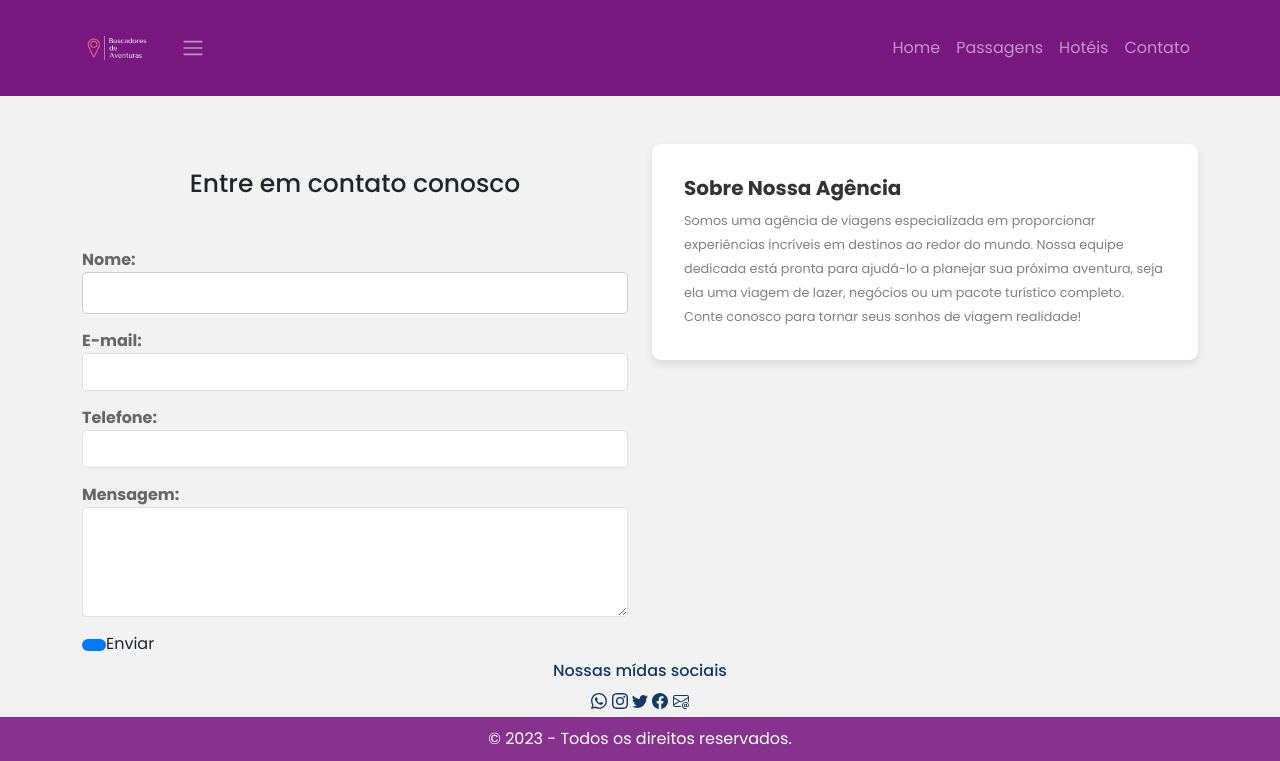
Repository: gabilorpi/AgenciaSpringMVC
Page: http://localhost/views/contato/index
An editor plug-in stored every save of this project. The page is shown before and after the next save, followed by the edit.
The browser window is 1280 px wide. The pictures show the whole page.
The page is this project's Thymeleaf template; nobody is signed in. The template is opened directly, without the code that normally fills it, so the values that code supplies are empty.

Above is the page before, as saved 2023-12-09 15:08:50.

### AgenciaSpringMVC/src/main/resources/templates/views/contato/index.html
<!DOCTYPE html>
<html lang="pt-br">

<head>
  <meta charset="UTF-8">
  <meta name="viewport" content="width=device-width, initial-scale=1.0">
  <link rel="stylesheet" href="https://cdnjs.cloudflare.com/ajax/libs/twitter-bootstrap/5.3.0/css/bootstrap.min.css">
  <link rel="stylesheet" href="https://cdnjs.cloudflare.com/ajax/libs/font-awesome/6.0.0-beta3/css/all.min.css">
  <link rel="stylesheet" href="../../../static/css/style.css">
  <title>Reserva de Passagens Aéreas</title>
</head>

<body>

  <!-- Barra de menu -->
  <nav class="navbar navbar-expand-lg navbar-dark">
    <div class="container">
      <a class="navbar-brand" href="#">
        <img src="../projeto/images/logotipo.jpg" alt="Logotipo da Sua Empresa">
      </a>
      <button class="btn btn" type="button" data-bs-toggle="offcanvas" data-bs-target="#offcanvasRight"
        aria-controls="offcanvasRight">
        <span class="navbar-toggler-icon"></span>
      </button>
      <div class="collapse navbar-collapse" id="navbarNav">
        <ul class="navbar-nav ms-auto">
          <li class="nav-item">
            <a class="nav-link" href="../projeto/index.html">Home</a>
          </li>
          <li class="nav-item">
            <a class="nav-link" href="../projeto/passagens.html">Passagens</a>
          </li>
          <li class="nav-item">
            <a class="nav-link" href="../projeto/hoteis.html">Hotéis</a>
          </li>
          <li class="nav-item">
            <a class="nav-link" href="../projeto/contato.html">Contato</a>
          </li>
        </ul>
      </div>
    </div>
  </nav>
  <!-- Menu Lateral (Offcanvas) -->
  <div class="offcanvas offcanvas-start" tabindex="-1" id="offcanvasRight" aria-labelledby="offcanvasRightLabel">
    <div class="offcanvas-header">
      <h5 class="offcanvas-title" id="offcanvasRightLabel">Menu</h5>
      <button type="button" class="btn-close" data-bs-dismiss="offcanvas" aria-label="Close"></button>
    </div>
    <div class="offcanvas-body">
      <ul class="nav flex-column">
        <li class="nav-item">
          <a class="nav-link" href="../projeto/index.html">Home</a>
        </li>
        <li class="nav-item">
          <a class="nav-link" href="../projeto/passagens.html">Passagens</a>
        </li>
        <li class="nav-item">
          <a class="nav-link" href="../projeto/hoteis.html">Hotéis</a>
        </li>
        <li class="nav-item">
          <a class="nav-link" href="../projeto/contato.html">Contato</a>
        </li>
      </ul>
    </div>
  </div>

  <div class="container mt-5">
    <div class="row">
      <div class="col-md-6">
        <!-- Formulário de Contato -->
        <h2 class="mb-4">Entre em contato conosco</h2>
        <form action="#" method="post">
          <div class="form-group">
            <label for="name">Nome:</label>
            <input type="text" class="form-control" id="name" name="name" required>
          </div>
          <div class="form-group">
            <label for="email">E-mail:</label>
            <input type="email" class="form-control" id="email" name="email" required>
          </div>
          <div class="form-group">
            <label for="phone">Telefone:</label>
            <input type="tel" class="form-control" id="phone" name="phone" required>
          </div>
          <div class="form-group">
            <label for="message">Mensagem:</label>
            <textarea class="form-control" id="message" name="message" rows="4" required></textarea>
          </div>
          <button type="submit" class="btn btn-primary"><a
                  th:href="@{/contato}"></a></button>Enviar</button>
        </form>
      </div>
      <div class="col-md-6">
        <!-- Card de Texto -->
        <div class="card">
          <div class="card-body">
            <h5 class="card-title">Sobre Nossa Agência</h5>
            <p class="card-text">Somos uma agência de viagens especializada em proporcionar experiências incríveis em
              destinos ao redor do mundo. Nossa equipe dedicada está pronta para ajudá-lo a planejar sua próxima
              aventura, seja ela uma viagem de lazer, negócios ou um pacote turístico completo. Conte conosco para
              tornar seus sonhos de viagem realidade!</p>
          </div>
        </div>
      </div>
    </div>
  </div>

  <div class="icons">
    <h6>Nossas mídas sociais</h6>
    <svg xmlns="http://www.w3.org/2000/svg" width="16" height="16" fill="currentColor" class="bi bi-whatsapp"
      viewBox="0 0 16 16">
      <path
        d="M13.601 2.326A7.854 7.854 0 0 0 7.994 0C3.627 0 .068 3.558.064 7.926c0 1.399.366 2.76 1.057 3.965L0 16l4.204-1.102a7.933 7.933 0 0 0 3.79.965h.004c4.368 0 7.926-3.558 7.93-7.93A7.898 7.898 0 0 0 13.6 2.326zM7.994 14.521a6.573 6.573 0 0 1-3.356-.92l-.24-.144-2.494.654.666-2.433-.156-.251a6.56 6.56 0 0 1-1.007-3.505c0-3.626 2.957-6.584 6.591-6.584a6.56 6.56 0 0 1 4.66 1.931 6.557 6.557 0 0 1 1.928 4.66c-.004 3.639-2.961 6.592-6.592 6.592zm3.615-4.934c-.197-.099-1.17-.578-1.353-.646-.182-.065-.315-.099-.445.099-.133.197-.513.646-.627.775-.114.133-.232.148-.43.05-.197-.1-.836-.308-1.592-.985-.59-.525-.985-1.175-1.103-1.372-.114-.198-.011-.304.088-.403.087-.088.197-.232.296-.346.1-.114.133-.198.198-.33.065-.134.034-.248-.015-.347-.05-.099-.445-1.076-.612-1.47-.16-.389-.323-.335-.445-.34-.114-.007-.247-.007-.38-.007a.729.729 0 0 0-.529.247c-.182.198-.691.677-.691 1.654 0 .977.71 1.916.81 2.049.098.133 1.394 2.132 3.383 2.992.47.205.84.326 1.129.418.475.152.904.129 1.246.08.38-.058 1.171-.48 1.338-.943.164-.464.164-.86.114-.943-.049-.084-.182-.133-.38-.232z" />
    </svg>
    <svg xmlns="http://www.w3.org/2000/svg" width="16" height="16" fill="currentColor" class="bi bi-instagram"
      viewBox="0 0 16 16">
      <path
        d="M8 0C5.829 0 5.556.01 4.703.048 3.85.088 3.269.222 2.76.42a3.917 3.917 0 0 0-1.417.923A3.927 3.927 0 0 0 .42 2.76C.222 3.268.087 3.85.048 4.7.01 5.555 0 5.827 0 8.001c0 2.172.01 2.444.048 3.297.04.852.174 1.433.372 1.942.205.526.478.972.923 1.417.444.445.89.719 1.416.923.51.198 1.09.333 1.942.372C5.555 15.99 5.827 16 8 16s2.444-.01 3.298-.048c.851-.04 1.434-.174 1.943-.372a3.916 3.916 0 0 0 1.416-.923c.445-.445.718-.891.923-1.417.197-.509.332-1.09.372-1.942C15.99 10.445 16 10.173 16 8s-.01-2.445-.048-3.299c-.04-.851-.175-1.433-.372-1.941a3.926 3.926 0 0 0-.923-1.417A3.911 3.911 0 0 0 13.24.42c-.51-.198-1.092-.333-1.943-.372C10.443.01 10.172 0 7.998 0h.003zm-.717 1.442h.718c2.136 0 2.389.007 3.232.046.78.035 1.204.166 1.486.275.373.145.64.319.92.599.28.28.453.546.598.92.11.281.24.705.275 1.485.039.843.047 1.096.047 3.231s-.008 2.389-.047 3.232c-.035.78-.166 1.203-.275 1.485a2.47 2.47 0 0 1-.599.919c-.28.28-.546.453-.92.598-.28.11-.704.24-1.485.276-.843.038-1.096.047-3.232.047s-2.39-.009-3.233-.047c-.78-.036-1.203-.166-1.485-.276a2.478 2.478 0 0 1-.92-.598 2.48 2.48 0 0 1-.6-.92c-.109-.281-.24-.705-.275-1.485-.038-.843-.046-1.096-.046-3.233 0-2.136.008-2.388.046-3.231.036-.78.166-1.204.276-1.486.145-.373.319-.64.599-.92.28-.28.546-.453.92-.598.282-.11.705-.24 1.485-.276.738-.034 1.024-.044 2.515-.045v.002zm4.988 1.328a.96.96 0 1 0 0 1.92.96.96 0 0 0 0-1.92zm-4.27 1.122a4.109 4.109 0 1 0 0 8.217 4.109 4.109 0 0 0 0-8.217zm0 1.441a2.667 2.667 0 1 1 0 5.334 2.667 2.667 0 0 1 0-5.334z" />
    </svg>
    <svg xmlns="http://www.w3.org/2000/svg" width="16" height="16" fill="currentColor" class="bi bi-twitter"
      viewBox="0 0 16 16">
      <path
        d="M5.026 15c6.038 0 9.341-5.003 9.341-9.334 0-.14 0-.282-.006-.422A6.685 6.685 0 0 0 16 3.542a6.658 6.658 0 0 1-1.889.518 3.301 3.301 0 0 0 1.447-1.817 6.533 6.533 0 0 1-2.087.793A3.286 3.286 0 0 0 7.875 6.03a9.325 9.325 0 0 1-6.767-3.429 3.289 3.289 0 0 0 1.018 4.382A3.323 3.323 0 0 1 .64 6.575v.045a3.288 3.288 0 0 0 2.632 3.218 3.203 3.203 0 0 1-.865.115 3.23 3.23 0 0 1-.614-.057 3.283 3.283 0 0 0 3.067 2.277A6.588 6.588 0 0 1 .78 13.58a6.32 6.32 0 0 1-.78-.045A9.344 9.344 0 0 0 5.026 15z" />
    </svg>
    <svg xmlns="http://www.w3.org/2000/svg" width="16" height="16" fill="currentColor" class="bi bi-facebook"
      viewBox="0 0 16 16">
      <path
        d="M16 8.049c0-4.446-3.582-8.05-8-8.05C3.58 0-.002 3.603-.002 8.05c0 4.017 2.926 7.347 6.75 7.951v-5.625h-2.03V8.05H6.75V6.275c0-2.017 1.195-3.131 3.022-3.131.876 0 1.791.157 1.791.157v1.98h-1.009c-.993 0-1.303.621-1.303 1.258v1.51h2.218l-.354 2.326H9.25V16c3.824-.604 6.75-3.934 6.75-7.951z" />
    </svg>
    <svg xmlns="http://www.w3.org/2000/svg" width="16" height="16" fill="currentColor" class="bi bi-envelope-at"
      viewBox="0 0 16 16">
      <path
        d="M2 2a2 2 0 0 0-2 2v8.01A2 2 0 0 0 2 14h5.5a.5.5 0 0 0 0-1H2a1 1 0 0 1-.966-.741l5.64-3.471L8 9.583l7-4.2V8.5a.5.5 0 0 0 1 0V4a2 2 0 0 0-2-2H2Zm3.708 6.208L1 11.105V5.383l4.708 2.825ZM1 4.217V4a1 1 0 0 1 1-1h12a1 1 0 0 1 1 1v.217l-7 4.2-7-4.2Z" />
      <path
        d="M14.247 14.269c1.01 0 1.587-.857 1.587-2.025v-.21C15.834 10.43 14.64 9 12.52 9h-.035C10.42 9 9 10.36 9 12.432v.214C9 14.82 10.438 16 12.358 16h.044c.594 0 1.018-.074 1.237-.175v-.73c-.245.11-.673.18-1.18.18h-.044c-1.334 0-2.571-.788-2.571-2.655v-.157c0-1.657 1.058-2.724 2.64-2.724h.04c1.535 0 2.484 1.05 2.484 2.326v.118c0 .975-.324 1.39-.639 1.39-.232 0-.41-.148-.41-.42v-2.19h-.906v.569h-.03c-.084-.298-.368-.63-.954-.63-.778 0-1.259.555-1.259 1.4v.528c0 .892.49 1.434 1.26 1.434.471 0 .896-.227 1.014-.643h.043c.118.42.617.648 1.12.648Zm-2.453-1.588v-.227c0-.546.227-.791.573-.791.297 0 .572.192.572.708v.367c0 .573-.253.744-.564.744-.354 0-.581-.215-.581-.8Z" />
    </svg>
  </div>
  <footer>
    &copy; 2023 - Todos os direitos reservados.
    </div>
  </footer>
  <script src="https://cdnjs.cloudflare.com/ajax/libs/twitter-bootstrap/5.3.0/js/bootstrap.bundle.min.js"></script>
</body>

</html>

### AgenciaSpringMVC/src/main/resources/static/css/style.css
@import url('https://fonts.googleapis.com/css2?family=Poppins:wght@400;500;600;700&display=swap');

body {
    font-family: 'Poppins', sans-serif;
    font-size: 16px;
    background-color: #f2f2f2;

}

* {
  margin: 0;
  padding: 0;
}

h1{
    font-family: sans-serif;
    font-size: 22px;
    text-align: right;
}

nav{
  margin-bottom: 2px;
   background-color:#791881
}

.navbar-brand {
  width: 70px;
  height:auto;


}

main {
    width: 100%;
}

section {
    width: 100%;
    margin: 0 auto;
}

.limita-area {
    max-width: 1024px;
}

img:first-child {
    width: 100%;
}

h2 {
    width: 100%;
    text-align: center;
    padding: 25px 0;
    font-size: 25px;
}

p {
    line-height: 32px;
}

p:last-child {
    display: inline;

    padding: 10px 5px;
}

.mais-informacoes {
    display: block;
    margin: 25px 0;
    font-weight: bold;
    padding-left: 10px;
    border-left: 2px solid rgba(121, 24, 129, 0.877);
}

.destinos-avaliados.meu-site{
    width: 100%;
    display: flex;
    margin: 25px 0px;
    overflow-x: scroll;
}
.destinos-avaliados.meu-site figcaption, figure img {
  width: 350px;
}

.destinos-avaliados.meu-site figure {
    display: flex;
    flex-direction:column;
    margin: 5px 10px;

}

.destinos-avaliados.meu-site figcaption, figure span {
    margin: 12px 0;
    padding: 12px 5px;
    text-align: center;
    color:white;
    background:rgba(121, 24, 129, 0.877);
}

header,footer {
  width: 100%;
  padding: 10px;
  display: flex;
  justify-content: center;
  align-items: center;
  background: rgba(121, 24, 129, 0.877);
  color: #ffffff;
  box-sizing: border-box;
}
.row{
    width: left 13rem;
}


.custom-img {
    max-height: 480px; /* Defina a altura desejada para a imagem */
  }

  .card {
    border: none;
    box-shadow: 0 4px 8px rgba(0, 0, 0, 0.1);
  }

  .card-title {
    font-size: 20px;
    font-weight: bold;
    color: #333;
  }

  .form-group {
    margin-bottom: 15px;
  }

  label {
    font-size: 16px;
    color: #666;
  }

  input[type="text"],
  input[type="date"],
  input[type="number"] {
    border: 1px solid #ccc;
    border-radius: 5px;
    padding: 8px 12px;
    width: 100%;
  }

  .btn-primary {
    background-color: #007bff;
    border: none;
  }

  .btn-primary:hover {
    background-color: #0056b3;
  }
  /* Estilos para o texto e ícone de hospedagem */
  .info-container {
    background-color: #fff;
    border-radius: 5px;
    box-shadow: 0 4px 8px rgba(0, 0, 0, 0.1);
    padding: 20px;
    margin-top: 40px;
  }

  .hotel-icon {
    font-size: 48px;
    color: #007bff;
    margin-bottom: 18px;
  }

  .hotel-text {
    font-size: 40px;
    font-family:'Poppins', sans-serif;
    color: #5a5151;
  }
  .star {
    color: gold; /* Define a cor das estrelas (dourado) */
    font-size: 12px; /* Define o tamanho das estrelas */
    margin-bottom: 8px;
  }

  div.card{
    padding: 16px !important;
    border-radius: 9px !important;
  }

  .card-group{
    column-gap: 24px;
  }

  .card-text{
    font-size: 0.8em;
    color: gray;
    padding: 0px !important;
    line-height: 8px;
    text-align: justify-all;
  }

  .form-container {
    max-width: 500px;
    margin: 0 auto;
  }

  .form-group label {
    font-weight: bold;
  }
  .form-control {
    border-radius: 4px;
  }
  .btn-primary {
    background-color: #007bff;
    border: none;
  }
  .btn-primary:hover {
    background-color: #0056b3;
  }
  .icons{
    padding: 5px;
    color:rgb(20, 57, 104);
    text-align: center;
  }

  .voos-text {
    font-size: 18px;
    font-family:'Poppins', sans-serif;
    color: #5a5151;
  }
    /* Cadastro */
    #main-contain{

    }

    #register-form input, label{
      display: block;
      width: 100%;

      }
    #register-form label{
      color: #fff;
      font-weight: bold;
      font-size: .8rem;
    }
    #register-form input{
      color: #fff;
      background-color: #5f46a3e1;
      border-bottom: 2px solid #fff;
      padding: 10px;
      font-size: .9rem;
      margin-bottom: 40px;
    }
    #register-form input:focus{
      border-color: #62CACA;
    }
    #register-form input[type="submit"]{
      background-color: #62CACA;
      border: none;
      border-radius: 20px;
      height: 40px;
      cursor: pointer;
    }
    #register-form #agreement {
      margin-right: 5px;
    }
    #register-form #agreement, #agreement-label{
      display: inline-block;
      width: auto;
    }
    #register-form {
      display: flex;
      flex-wrap: wrap;
      justify-content: space-between;

    }

    #register-form input:focus, label:focus{
      outline: none;
    }
    #register-form a{
    color: #62caca;

    }
    #main-container{
      width: 700px;
      margin-left: auto;
      margin-right: auto;
      background-color: #542d9c96;
      padding: 25px;
      border-radius: 2px;

    }

    #main-container h1{
      text-align: center;
      margin-bottom: 25px;
      font-size: 1.6rem;
      color: #fff;
      font-weight: bold ;
    }

   .full-box{
      flex: 1 1 100%;
      position: relative;
    }

    .half-box{
      flex: 1 1 45%;
      position: relative;
    }
    .spacing{
      margin-right: 2.5%;

    }
/* menu lateral */
.offcanvas{
  background-color:rgb(225, 236, 245);

}

#signup-btn{

}

/* styles.css */

/* Animação de rotação para estrelas */
.star i:hover {
  animation: spin 1s infinite linear;
}

@keyframes spin {
  from { transform: rotate(0deg); }
  to { transform: rotate(360deg); }
}

/* Animação de aumento de tamanho para os cartões */
.card:hover {
  transform: scale(1.1);
}

.card-group.show {
  opacity: 1;
  transform: translateY(0);
}
/* */
/* styles.css */

/* Classe para elementos que deslizarão */
.slide-in {
  transform: translateY(50px); /* Comece a 50px abaixo da posição original */
  opacity: 0; /* Comece invisível */
  transition: transform 0.5s ease, opacity 0.5s ease; /* Adicione uma transição suave */
}

/* Classe para ativar a animação */
.slide-in-active {
  transform: translateY(0); /* Deslize para a posição original */
  opacity: 1; /* Torne o elemento visível */
}

After the next save:
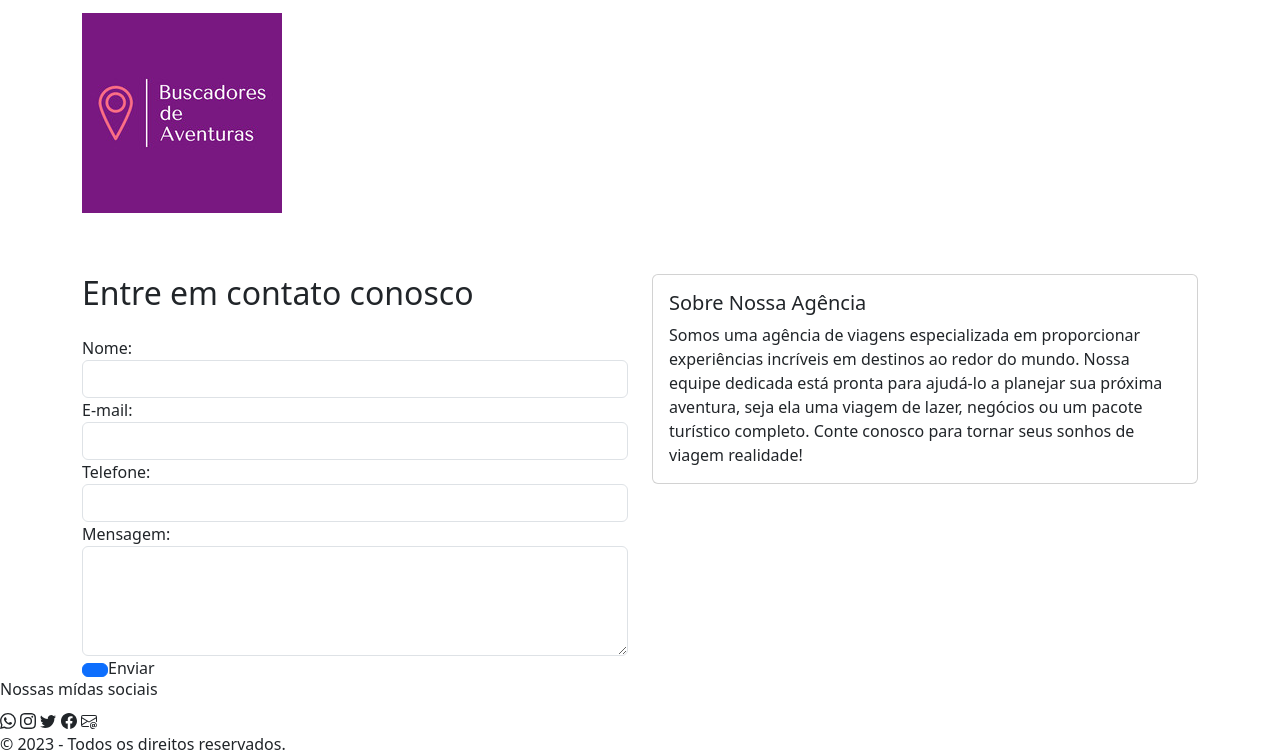
Saved 6 min 9 s later.
--- a/AgenciaSpringMVC/src/main/resources/templates/views/contato/index.html
+++ b/AgenciaSpringMVC/src/main/resources/templates/views/contato/index.html
@@ -6,7 +6,7 @@
   <meta name="viewport" content="width=device-width, initial-scale=1.0">
   <link rel="stylesheet" href="https://cdnjs.cloudflare.com/ajax/libs/twitter-bootstrap/5.3.0/css/bootstrap.min.css">
   <link rel="stylesheet" href="https://cdnjs.cloudflare.com/ajax/libs/font-awesome/6.0.0-beta3/css/all.min.css">
-  <link rel="stylesheet" href="../../../static/css/style.css">
+
   <title>Reserva de Passagens Aéreas</title>
 </head>
 

After the save that followed:
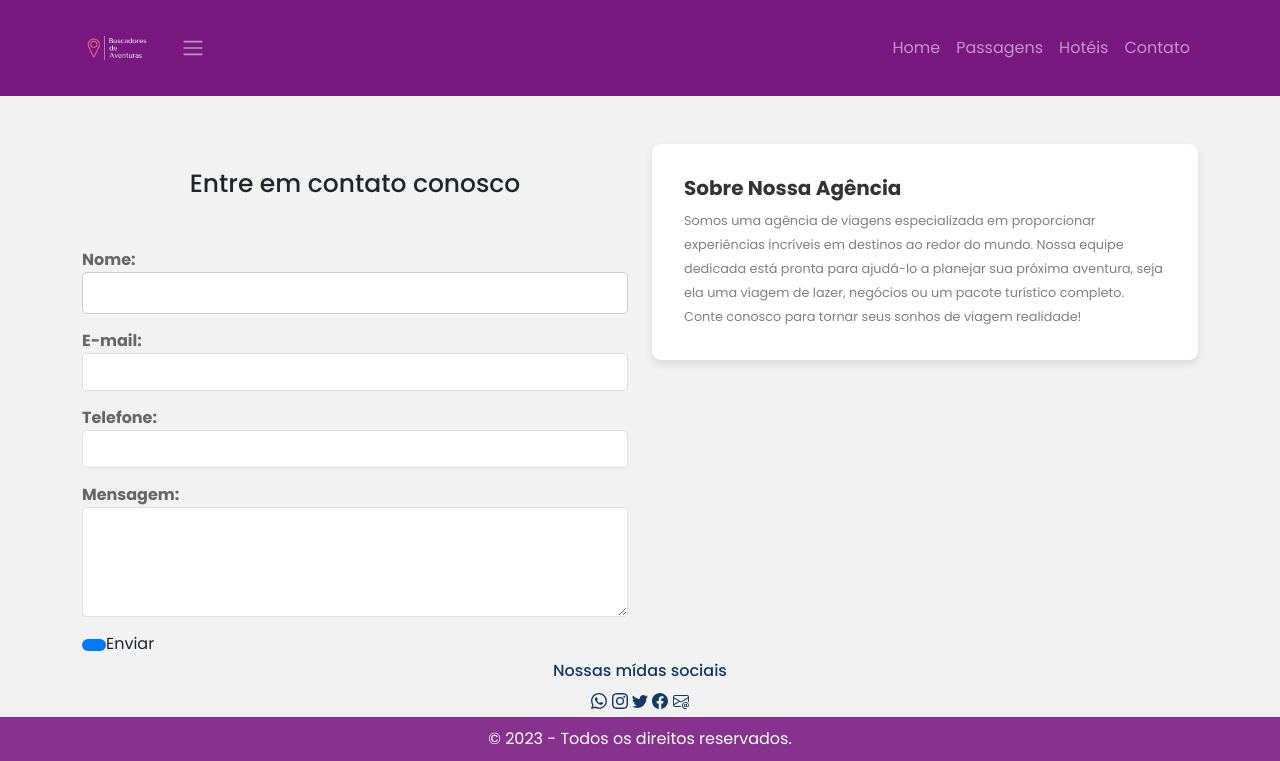
Saved 18 s later.
--- a/AgenciaSpringMVC/src/main/resources/templates/views/contato/index.html
+++ b/AgenciaSpringMVC/src/main/resources/templates/views/contato/index.html
@@ -6,7 +6,7 @@
   <meta name="viewport" content="width=device-width, initial-scale=1.0">
   <link rel="stylesheet" href="https://cdnjs.cloudflare.com/ajax/libs/twitter-bootstrap/5.3.0/css/bootstrap.min.css">
   <link rel="stylesheet" href="https://cdnjs.cloudflare.com/ajax/libs/font-awesome/6.0.0-beta3/css/all.min.css">
-
+  <link rel="stylesheet" href="../../../static/css/style.css">
   <title>Reserva de Passagens Aéreas</title>
 </head>
 
